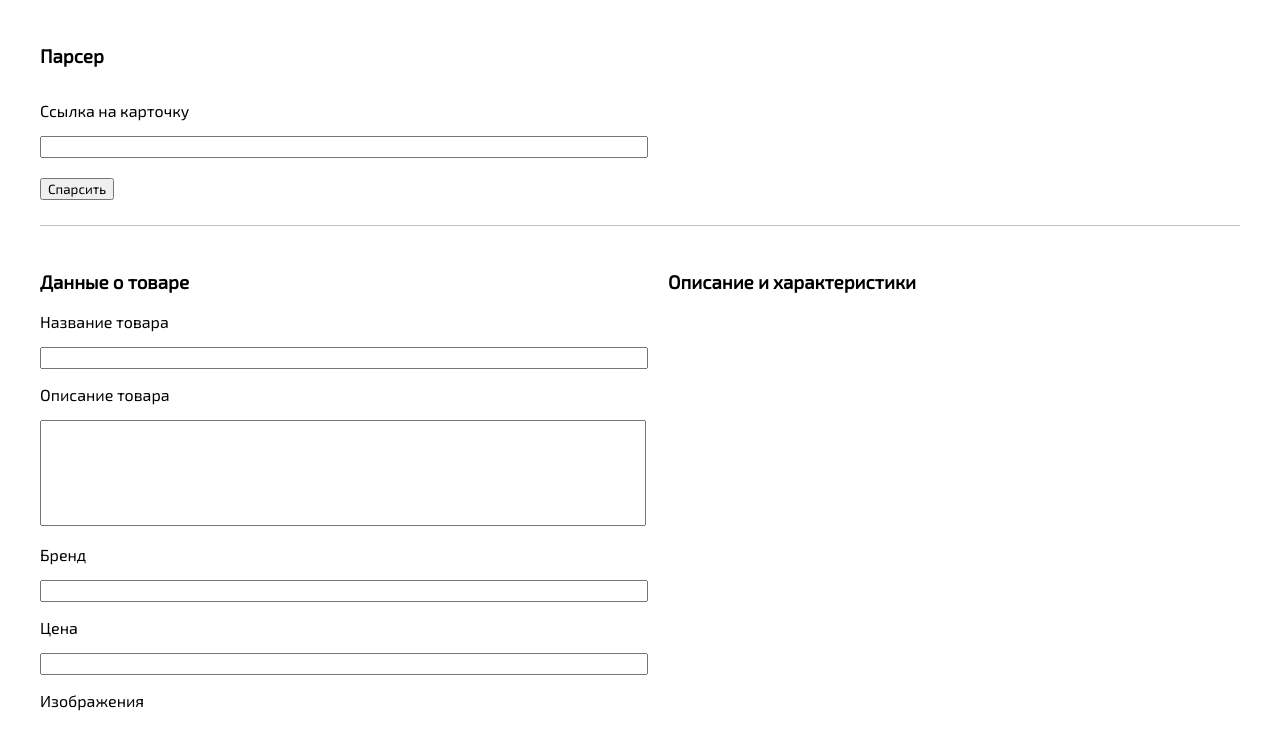
Repository: yozuul/wildberries-product-card-parser-api-exchange
Page: public/index.html
These files come from the project's save history. The page is drawn as it stood at one moment and after the next save; the edit follows.
The browser window is 1280 px wide. The pictures show the whole page.

Above is the page before, as saved 2021-08-18 18:33:59.

### public/index.html
<!DOCTYPE html>
<html lang="en">

<head>
   <meta charset="UTF-8">
   <meta http-equiv="X-UA-Compatible" content="IE=edge">
   <meta name="viewport" content="width=device-width, initial-scale=1.0">
   <title>Document</title>
   <link rel="stylesheet" href="style.css">
</head>

<body>
   <div class="parseFormWrapper">
      <div class="parseForm">
         <h3>Парсер</h3>
         <form name="parseForm">
            <p>Ссылка на карточку</p>
            <input type="text" id="cardURL">
            <button id="parseData">Спарсить</button>
         </form>
      </div>
   </div>
   <form class="productFormWrapper">
      <div class="productFormWrapperLeft productForm">
            <h3>Данные о товаре</h3>
            <div class="inputWrapper">
               <p>Название товара</p>
               <input type="text" name="productName" id="productName">
            </div>
            <div class="inputWrapper">
               <p>Описание товара</p>
               <textarea name="productDesc" id="productDesc"></textarea>
            </div>
            <div class="inputWrapper">
               <p>Бренд</p>
               <input type="text" name="productBrand" id="productBrand">
            </div>
            <div class="inputWrapper">
               <p>Цена</p>
               <input type="text" name="productPrice" id="productPrice">
            </div>
            <div class="inputWrapper">
               <p>Изображения</p>
            </div>
      </div>
      <div class="productFormWrapperRight productForm">
         <h3>Описание и характеристики</h3>
      </div>
   </form>
   <script src="index.js"></script>
</body>

</html>

### public/style.css
@import url('https://fonts.googleapis.com/css2?family=Exo+2&display=swap');

* {
   font-family: 'Exo 2', sans-serif;
}

body {
   padding: 0;
   margin: 0;
}
.productFormWrapper, .parseFormWrapper {
   max-width: 1200px;
   margin: auto;
   padding-top: 25px;
   padding-bottom: 25px;
}
.parseFormWrapper {
   border-bottom: 1px solid #9999;
}
.productFormWrapper {
   display: flex;
}
.productFormWrapperLeft {
   margin-right: 20px;
}
.parseForm {
   display: flex;
   flex-wrap: wrap;
   max-width: 600px;
}
.parseForm input {
   width: 600px;
   margin-bottom: 20px;
}
.productForm {
}
.productForm input, .productForm textarea {
   width: 600px;
}
.productForm textarea {
   height: 100px;
   resize: none;
}
.formWrapper p {
   margin-bottom: 5px;
   margin-top: 0;
}
.inputWrapper {
   margin-bottom: 10px;
}

Loaded but not shown: index.js (no copy from this time; the picture is the same without it)

After the next save:
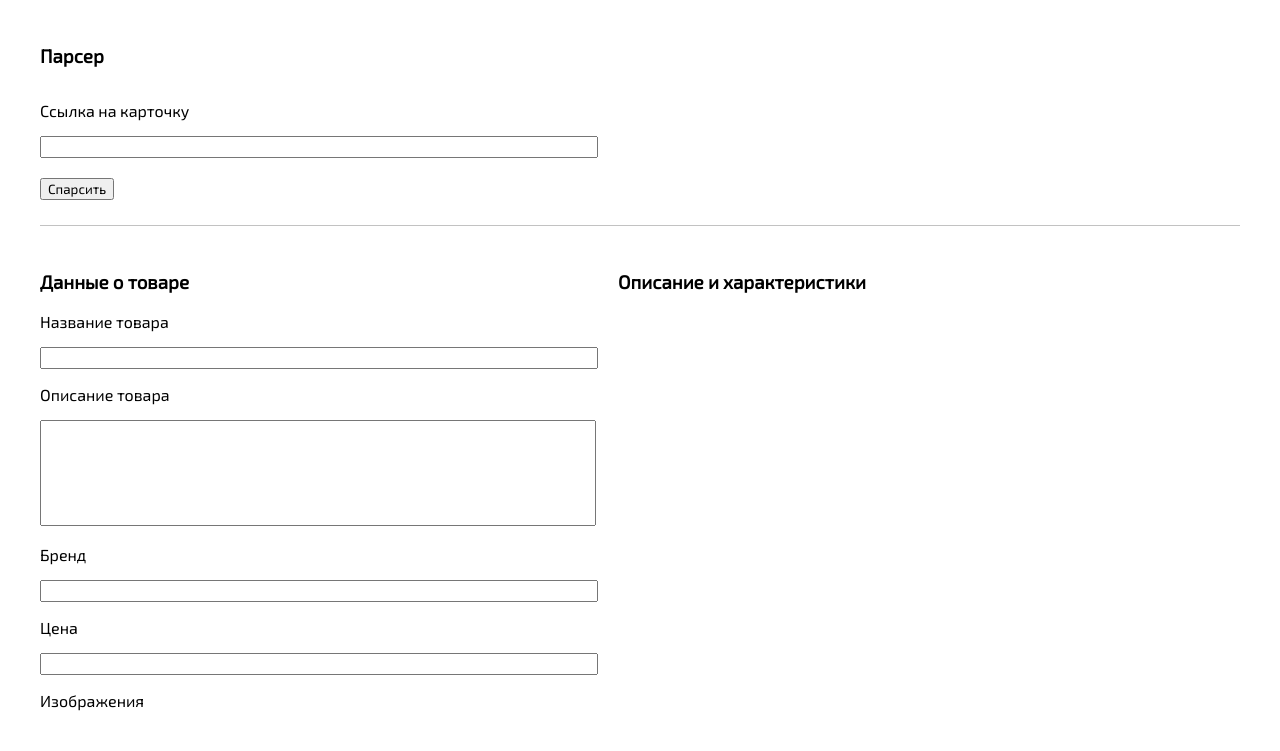
Saved 13 s later.
--- a/public/style.css
+++ b/public/style.css
@@ -26,16 +26,16 @@ body {
 .parseForm {
    display: flex;
    flex-wrap: wrap;
-   max-width: 600px;
+   max-width: 550px;
 }
 .parseForm input {
-   width: 600px;
+   width: 550px;
    margin-bottom: 20px;
 }
 .productForm {
 }
 .productForm input, .productForm textarea {
-   width: 600px;
+   width: 550px;
 }
 .productForm textarea {
    height: 100px;
